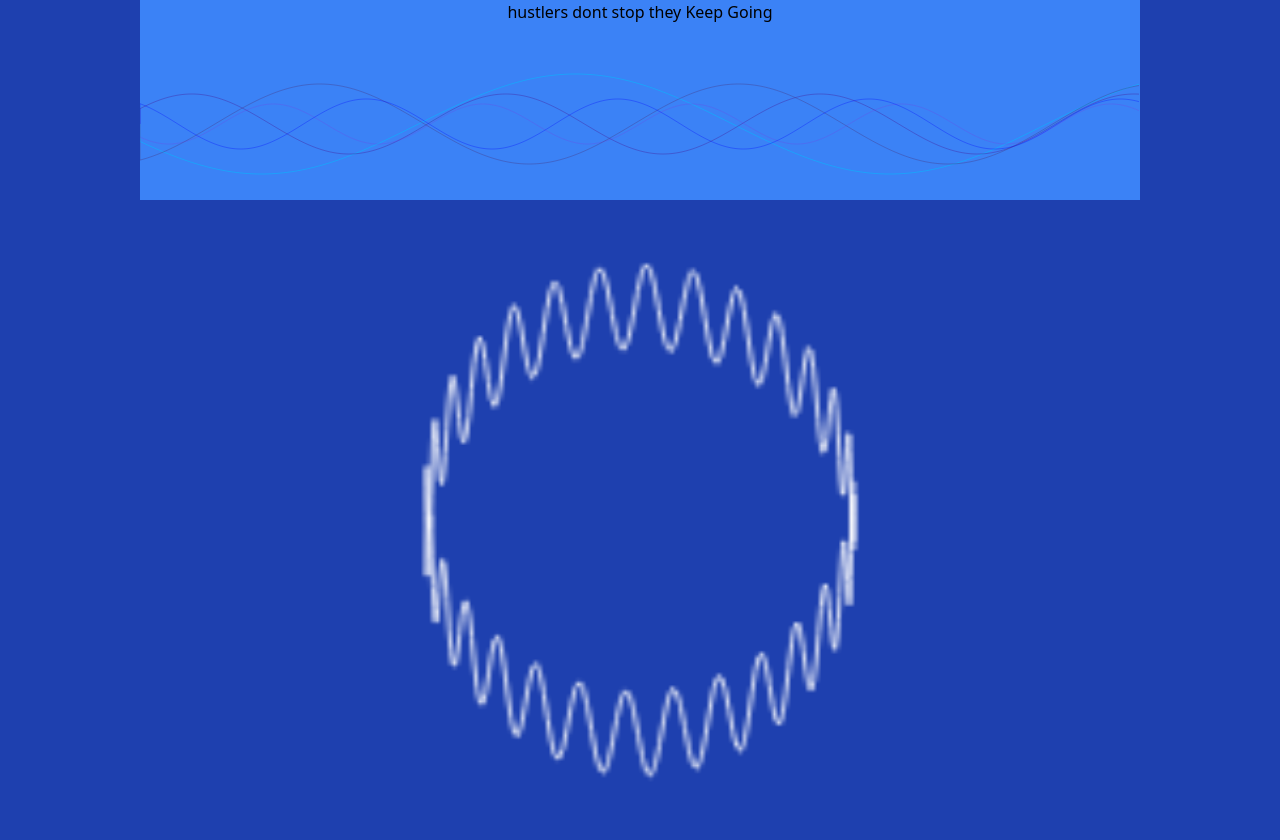
Repository: TMuse333/quantum-experiments
Page: /
The author's editor kept a copy of each file at every save. The page is drawn from the files as they stood at one save, then again after a run of saves.
The browser window is 1280 px wide. The pictures show the whole page.
The project was rebuilt for these pictures with package versions that can differ from the ones it lists, and the page was loaded fresh each time. Also part of the build but not shown: vite.config.ts.

Above is the page before, as saved 2024-06-08 18:41:41.

### src/App.tsx
import { useState } from 'react'
import reactLogo from './assets/react.svg'
import viteLogo from '/vite.svg'
import './App.css'
import SineWave from './components/sineWave/sineWave'
import ThreeJSWave from './components/threeeJsWave/threeJsWave'
import CircularWave from './components/circularWave/circularWave'

function App() {
  const [count, setCount] = useState(0)

  return (
    <>
    <div className='bg-blue-800 absolute top-0 left-0
    flex items-center flex-col justify-center w-screen'>


     <SineWave/>
     {/* <ThreeJSWave/> */}
     <CircularWave/>
     </div>
    </>
  )
}

export default App

### src/components/sineWave/sineWave.tsx
import React, { useRef, useEffect } from 'react';

const SineWave: React.FC = () => {
  const canvasRef = useRef<HTMLCanvasElement | null>(null);

  useEffect(() => {
    const canvas = canvasRef.current;
    if (!canvas) return;

    const c = canvas.getContext('2d');
    if (!c) return;

    const waves = [
      {
        amplitude: 50,
        frequency: 0.01,
        speed: 0.02,
        xOffset: 0,
        color: 'rgba(0, 191, 255, 0.5)', // Sky Blue
      },
      {
        amplitude: 30,
        frequency: 0.02,
        speed: 0.03,
        xOffset: 0,
        color: 'rgba(75, 0, 130, 0.3)', // Indigo
      },
      {
        amplitude: 20,
        frequency: 0.03,
        speed: 0.04,
        xOffset: 0,
        color: 'rgba(138, 43, 226, 0.2)', // Blue Violet
      },
      {
        amplitude: 40,
        frequency: 0.015,
        speed: 0.025,
        xOffset: 0,
        color: 'rgba(72, 61, 139, 0.4)', // Dark Slate Blue
      },
      {
        amplitude: 25,
        frequency: 0.025,
        speed: 0.035,
        xOffset: 0,
        color: 'rgba(0, 0, 255, 0.3)', // Blue
      },
    ];

    const resizeHandler = () => {
      canvas.width = canvas.parentElement?.clientWidth ?? window.innerWidth;
      canvas.height = canvas.parentElement?.clientHeight ?? window.innerHeight;
    };

    window.addEventListener('resize', resizeHandler);
    resizeHandler();

    const draw = () => {
      c.clearRect(0, 0, canvas.width, canvas.height);
      waves.forEach((wave) => {
        c.beginPath();
        c.moveTo(0, canvas.height / 2);
        for (let x = 0; x < canvas.width; x++) {
          const y = canvas.height / 2 + Math.sin(x * wave.frequency + wave.xOffset) * wave.amplitude;
          c.lineTo(x, y);
        }
        c.strokeStyle = wave.color;
        c.stroke();
        wave.xOffset += wave.speed;
      });
      requestAnimationFrame(draw);
    };

    draw();

    return () => {
      window.removeEventListener('resize', resizeHandler);
    };
  }, []);

  return (
    <div className='w-screen bg-blue-500 relative h-[200px] max-w-[1000px] ml-auto mr-auto'>
        <h1>hustlers dont stop they Keep Going</h1>
      <canvas className='h-full w-full mt-auto mb-auto' ref={canvasRef} />
    </div>
  );
};

export default SineWave;

### src/components/circularWave/circularWave.tsx
import React, { useEffect, useRef } from 'react';

const CircularWave: React.FC = () => {
  const canvasRef = useRef<HTMLCanvasElement | null>(null);
  const frameId = useRef<number | null>(null); // To store the frame ID

  useEffect(() => {
    const canvas = canvasRef.current;
    if (!canvas) return;

    const c = canvas.getContext('2d');
    if (!c) return;

    const centerX = canvas.width / 2;
    const centerY = canvas.height / 2;
    const radius = 50; // Radius of the circular wave
    const waveLength = 600; // Wavelength of the wave
    const amplitude = 10; // Amplitude of the wave
    const frequency = 0.002; // Frequency of the wave
    const phaseShift = Math.PI / 4; // Phase shift to start the wave from the top

    const draw = () => {
      c.clearRect(0, 0, canvas.width, canvas.height);

      // Draw circular path
      c.beginPath();

      c.stroke();

      // Draw circular wave
      for (let angle = 0; angle < Math.PI * 2; angle += 0.02) {
        const x = centerX + radius * Math.cos(angle);
        const y = centerY + radius * Math.sin(angle) + amplitude * Math.sin(angle * waveLength + frequency * angle + phaseShift);
        if (angle === 0) {
          c.moveTo(x, y);
        } else {
          c.lineTo(x, y);
        }
      }

      c.strokeStyle = 'rgba(255, 255, 255, 0.8)';
      c.stroke();

      frameId.current = requestAnimationFrame(draw);
    };

    draw();

    // Cleanup function
    return () => cancelAnimationFrame(frameId.current ?? 0); // Use ?? operator to handle null or undefined frame ID
  }, []);

  return (
    <canvas
      className='h-full w-full'
      ref={canvasRef}
      style={{ width: '100%', height: '100%' }}
    ></canvas>
  );
};

export default CircularWave;

Loaded but not shown: index.html (common file); src/main.tsx (common file); src/index.css (common file); src/App.css (common file); tailwind.config.js (common file)

After the next 5 saves:
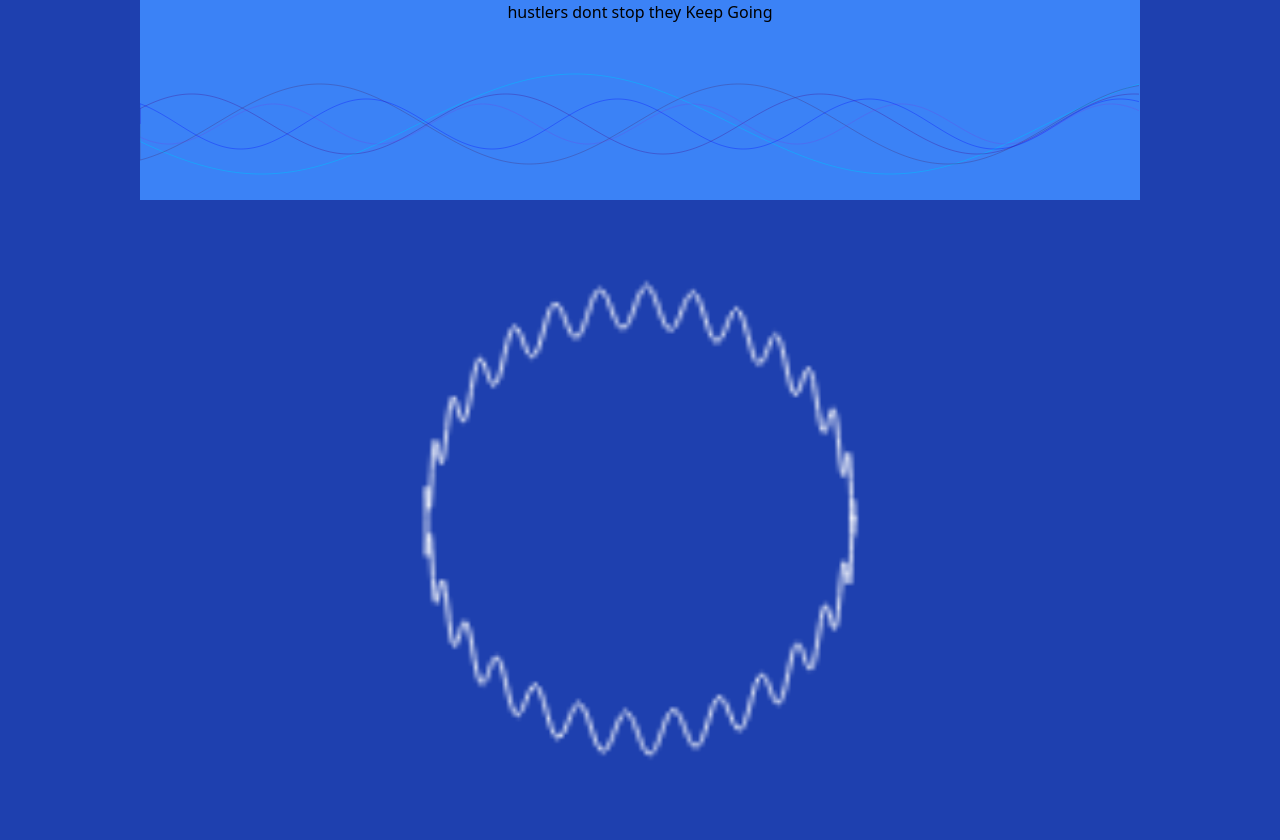
The 5 saves are shown as one change because they came seconds apart.
The last was saved 17 s later.
--- a/src/components/circularWave/circularWave.tsx
+++ b/src/components/circularWave/circularWave.tsx
@@ -15,7 +15,7 @@ const CircularWave: React.FC = () => {
     const centerY = canvas.height / 2;
     const radius = 50; // Radius of the circular wave
     const waveLength = 600; // Wavelength of the wave
-    const amplitude = 10; // Amplitude of the wave
+    const amplitude = 5; // Amplitude of the wave
     const frequency = 0.002; // Frequency of the wave
     const phaseShift = Math.PI / 4; // Phase shift to start the wave from the top
 
